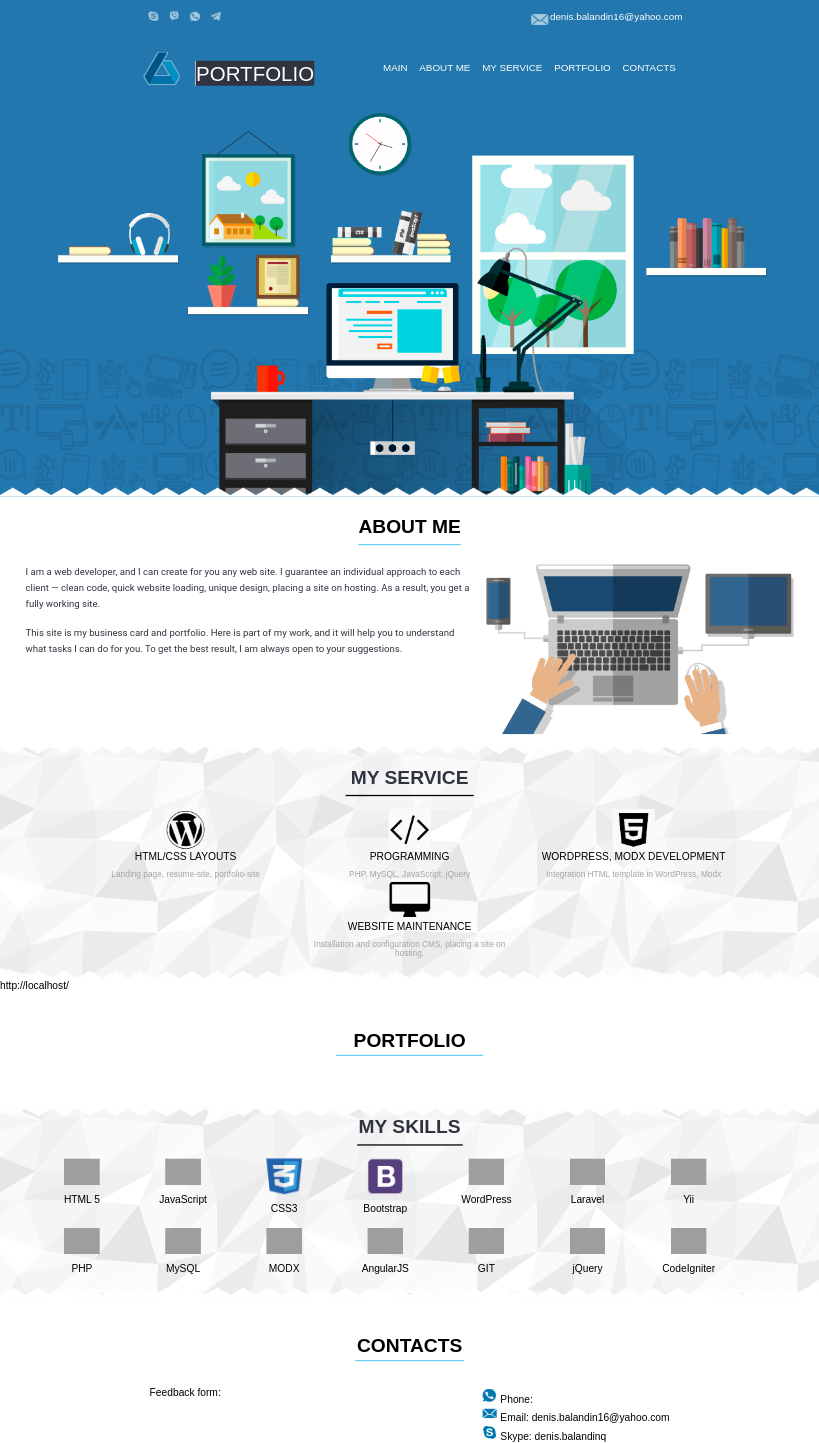
Repository: DenisBalandin/Portfolio
Page: /
These files come from the project's save history. The page is drawn as it stood at one moment and after the next save; the edit follows.
The browser window is 1280 px wide. The pictures show the whole page, at 64% of full size.
Pictures or frames that could not be fetched are drawn as grey boxes. The page's requests for data from a server got no answer. The project was rebuilt for these pictures with package versions that can differ from the ones it lists, and the page was loaded fresh each time. No one was signed in, and anything a server would have sent is missing. Also part of the build but not shown: src/ItemPage.js.

Above is the page before, as saved 2020-03-06 19:41:53.

### src/App.js
import React from 'react';
import './style.scss';
import ItemPage from './ItemPage';
import Home from './Home';
import Header from './Header';


import {BrowserRouter as Router,Route, Link} from 'react-router-dom';

function App(){
  return (
    <Router>
      <Header/>
      <Route exact path="/pageitem" component={ItemPage} />

      <Route exact path="/pageitem/:itemid" component={ItemPage} />
      <Route exact path="/" component={Home} />
    </Router>
  );
}

export default App;

### src/style.scss
*{padding: 0; margin: 0;}
body{font-family: Arial; min-width: 500px; }
a{text-decoration: none; color: #FFFFFF; text-decoration: none;}
li{list-style: none;}



/* Heder */
#first_page_bg{
    width:100%;
    height: 70%;
    background: #2277ae;
    header{
        width: 65%;
        margin: 0 auto 0 auto;
        .up_menu_links{
            display: flex;
            justify-content: space-between;
           padding: 2% 0 0 0;
            .social_link{
                width: 30%;
                a{

                    img{
                        width: 7%;
                    }
                    margin: 0 3% 0 3%;
                }
            }
            .email_heder{
                // width: 20%;
                a{
                    display: flex;
                    .email_icon{
                        // width: 15%;
                        img{
                            // width: 100%;
                            // position: absolute;
                            margin: 0 0 0 -2%;
                            height: 100%;
                        }
                    }

                    div{
                        // position: absolute;
                        margin: 0.3% 0 0 2.2%;
                        font-size: 1.2vw;
                    }
                }

            }
        }

        menu{
            margin:5% 0 5% 0;
            display: flex;
            justify-content: space-between;
            width: 100%;
            .logo{
                width: 35%;
                display: flex;
                img{
                    width: 100%;
                   margin: -10% 0 10% 0;
                }
                .company_name{
                    margin: auto;
                    // margin: 0.3% 0 0 5%;
                    // height: 90%;
                    // padding: 0 0 0 5%;
background: #303440;
                    border-left: #FFFFFF 1px solid;
                    font-size: 2.5vw;
                    // height: 100%;
                    display: table;
                    a{
                        vertical-align: middle!important;
                    }

                }
            }
            .menu_heder{
                padding: 1.2% 0 0 0;
                width: 55%;
                display: flex;
                justify-content: space-between;
                font-size: 1.2vw;
            }


        }
    }

}





// .menu div{ margin: -1px 5px 0 5px; color:#ffffff; font-size: 17px;  display: flex;
//     flex-direction:row;
//     flex-wrap: wrap;
//     justify-content: center;}
// .menu div a{color:#ffffff; font-size: 20px;}
/*Top menu end*/
/*Heder end*/

/*Page*/
#first_page_bg_single{ width: 100%; height: 195px; background: #2277ae; padding:0px 0 0 0; overflow: hidden;}
.bg_page_insaide_page{width: 100%; background: url("img/pattop1.png") repeat-x; height: 230px; position: relative; z-index:5;}
.deltatop_page_page{width: 100%; background: url("img/deltatop.png") repeat-x; height: 14px; position: relative; z-index: 20; margin: -13px 0 0 0;}
#content_page{
    max-width: 1200px;
    margin: 30px auto 0px auto;
    display: flex;
    flex-wrap: wrap;
    flex-direction: row;
    justify-content: space-around;
}
.content_pageh1{
    font-size: 30px;
    text-transform: uppercase;
    text-align: center;
    font-weight: bold;
    position: relative;
    margin-bottom: 30px;
    color:#303440;
    text-decoration: underline;
    padding: 40px 0 10px 0;
}
#content_page img{
    width: 100%;
    height: auto;
}
/*Page end*/
.order_site{float: right; margin: 15px 0 0 20px; width: 178px; height: 30px; border: 1px solid #6ca6cd; text-align: center; color: #ffffff; padding: 10px 0 0 0; font-size: 14px; box-shadow: 9px 8px 4px -7px #2277ae; }
.order_site:hover{background: #0298cc; cursor: pointer;}
.company_name{
    color: #ffffff;
    font-size: 45px;
    margin: -10px 0 0 15px;
}
.company_name a{color: #FFFFFF;}
.company_name a:hover{color: #FFFFFF; text-decoration: none;}
.logo_border{
    width: 1px; height: 50px; background: #FFFFFF; margin: 0 10px 0 25px;
}
.content_description{
    max-width: 750px;
    height: 60px;
    float: left;
    font-size: 14px;
    color: #303440;
    margin: 0 0px 0 0;
}
.tools{ font-size: 15px; color: #303440; padding: 0 0 0 0px; }
.content_link{font-size: 15px; color: #303440; margin:0px 0 20px 0;}
.content_link a{color: #303440; text-decoration: underline;}
.content_link a:hover{text-decoration: none;}
.content_text{
    width: 80%;
    background: #fff;
    border: 1px solid #59759b;
    overflow: hidden;
    margin: 0 auto 0 auto;
}
.content_text img{
    width: 100%!important;
    height: 50%!important;
}
.web_line{ background:url("img/web_line.jpg")no-repeat;  display: inline-block; height: 69px; max-width: 1150px; margin: 0 0 -5px 0; border-right: 1px solid #59759b; border-left: 1px solid #59759b; border-top: 1px solid #59759b;}
.content_url{float: left; margin: 40px 0 0 160px;}
.content_url a{color: #585353;}
/*Links end*/
.flex-container {
    display: flex;
    flex-direction:  row-reverse;
}
/*Top Menu*/
.heder_menu{
    display: flex;
}
.top_menu{
    margin: 20px 0;
    display: flex;
    flex-direction:row;
}
/*Page bg*/
.page_bg{
    margin: -10px auto 0 auto;
}
.bg_page_insaide{width: 100%; background: url("img/pattop.png") repeat-x;  position: relative; z-index:5; background-position: bottom;
    display: flex;
    flex-direction: column;
}
.bg_page_insaide_single{width: 100%; margin: 15px 0 0 0; background: url("img/pattop.png") repeat-x; height: 130px; position: relative; z-index:5;}
.deltatop_page{width: 100%; background: url("img/deltatop.png") repeat-x; height: 14px; position: relative; z-index: 20; margin: -14px 0 0 0;}
/*Page bg end*/

/*About me*/
#about_me{
    max-width: 1200px;
    margin:  30px auto 70px auto;
}
#about_me h1{
    font-size: 30px;
    text-transform: uppercase;
    margin: 0 auto 30px auto;
    font-weight: bold;
    position: relative;
    border-bottom: 2px solid #6dcff6;
    width: 160px;
    padding: 0 0 10px 0;
}
#about_me p{    box-sizing: border-box;
    font: 15px "Roboto";
    line-height: 25px;
    color: #303440; margin: 20px 0 13px 0;}
#about_me img{
    padding: 0 0 0 20px;
    margin: 0 0 20px 0;
}
/*About me end*/

/*My Service*/
#my_service_bg{
    height: 100%;
    background: url("img/bgdelta.png") repeat-x;
}
.my_service_line_top{
    width: 100%;
    height: 14px;
    background: url("img/deltabottom.png") repeat-x;
}
.my_service_line_bottom{
    width: 100%;
    height: 14px;
    background: url("img/deltatop.png") repeat-x;
}
#my_service{
    max-width: 1500px;
    margin: 0px auto 20px auto;
    display: flex;
    flex-direction:row;
    flex-wrap: wrap;
    justify-content: center;

}
#my_service_bg h3{
    font-size: 30px;
    text-transform: uppercase;
    font-weight: bold;
    color: #303440;
    width: 200px;
    text-align: center;
    margin: 20px auto 20px auto;
    border-bottom: 2px #000000 solid;
    padding: 0 0 10px 0;
}
#my_service div{
    display: flex;
    flex-direction:column;
    flex-wrap: wrap;
    justify-content: center;
}
#my_service div img{
    margin:  0 auto 0 auto;
}
.text_1{
    text-align: center;
    padding: 0 25px 0 25px;
    font-size: 1em;
}
.text_2{
    text-align: center;
    padding: 0 25px 0 25px;
    color:#a4a4a4;
    font-size: 5em;
    width: 300px;
}
/*My service end*/

/*Portfolio*/
#portfolio{
    max-width: 1200px;
    margin: 0 auto 40px auto;
    display: flex;
    flex-direction:row;
    flex-wrap: wrap;
    justify-content: center;
}
.portfolioh3{
    font-size: 30px;
    text-transform: uppercase;
    text-align: center;
    font-weight: bold;
    position: relative;
    border-bottom: 2px solid #6dcff6;
    width: 230px;
    margin: 60px auto 40px auto;
    padding: 0 0 5px 0;
}
#portfolio .portfolioblock{
    border: 1px solid #bfd2e1;
    width: 368px;
    margin: 10px;
    box-shadow: 5px 5px 4px -5px #000000;
}
#portfolio div img{
    margin: -12px 0 0px 0;
    display: inline-block;
}
.p_name{
    background:#2d7eb2;
    text-align: center;
    height: 40px;
    opacity: 0.8;
    padding: 2px 20px;
    margin: 0 auto 0 auto;
}
.p_name a{
    font-size: 20px;
    color: #ffffff;
}
.p_name:hover{
    text-decoration: none;
}
/*Portfolio end*/

/*Content blog*/
#content_blog{ max-width: 1200px;  margin: 0 auto 40px auto; min-height: 300px;}
/*Content blog end*/



/*I used*/
#my_skils_bg{
    width: 100%;
    height: 100%;
    background: url("img/bgdelta.png") repeat-x;
    margin: 0 0 40px 0;
}
.my_skils_line_top{
    width: 100%;
    height: 14px;
    background: url("img/deltabottom.png") repeat-x;
}
.my_skils_line_bottom{
    width: 100%;
    height: 14px;
    background: url("img/deltatop.png") repeat-x;
}
#my_skils{
    max-width: 1200px;
    margin: 10px auto 0px auto;
    display: flex;
    flex-direction:row;
    flex-wrap: wrap;
}
#my_skils div img{}
.my_skillsh3{
    font-size: 30px;
    text-transform: uppercase;
    font-weight: bold;
    color: #303440;
    width: 165px;
    text-align: center;
    margin: 0 auto 20px auto;
    border-bottom: 2px #000000 solid;
    padding: 0 0 10px 0;
}
#my_skils div{ width: 140px; text-align: center; margin: 0 0 20px 18px;}
#my_skils div img{margin: 0 0 10px 0; width:40%;}
.about_me_img{}
.text_1{ text-align: center;}
.text_2{ text-align: center; margin: 10px 0 0 0; color:#a4a4a4; font-size: 13px;}
/*I used end*/

/*Portfolio*/
.contactsh3{
    font-size: 30px;
    text-transform: uppercase;
    text-align: center;
    font-weight: bold;
    position: relative;
    border-bottom: 2px solid #6dcff6;
    width: 170px;
    margin: 60px auto 40px auto;
    padding: 0 0 5px 0;
}
#contacts{
    max-width: 1200px;
    margin: 0 auto 0px auto;
    display: flex;
    flex-direction:row;
    flex-wrap: wrap;
    justify-content: space-around;
}
.formcont{ margin: 0 20px 0 0;}
.formcont input{border: 1px solid #dddddd; margin: 10px 0 10px 0; width: 250px; height: 30px; color: #666666; padding: 0 0 0 10px;}
.formcont textarea{border: 1px solid #dddddd; margin: 10px 0 10px 0; width: 410px; height: 70px; color: #666666; padding: 15px 0 0 10px;}
.formcont button{ background:#0298cc; height: 40px; width: 180px; color: #ffffff; font-size: 18px; border: 1px solid #6ca6cd; cursor: pointer;}
.formcont button:hover{ background:#2277ae;}
/*Portfolio end*/

/*Footer*/
#footer_bg{background: #2277ae; width: 100%; height: 100px; margin: 50px 0 0 0; }
#footer{max-width: 1200px;  margin: 10px auto 0px auto; height: 50px;}
.copyright{ color: #ffffff; margin: 25px 0 0 10px;}
.footermenu{ margin: 25px 0 0 0;}
.footermenu li{float: left; font-size: 14px; margin: 0 10px 0 10px; color: #ffffff; border-bottom: 1px solid #ffffff;}
.footermenu li:hover{border-bottom: 1px solid #2277ae;}
/*footer end*/


@media all and (max-width: 900px) {
    #my_service div img {
        width: 0%;
    }

    #about_me p img {
        width: 0%;
    }

    #my_skils div img {
        width: 0% !important;
    }

    #my_skils{
        justify-content: space-around!important;
    }
    #my_skils div{
        margin: 0 !important;
    }
    .top_menu{
        display: none!important;
    }
    .menu{
        margin: 10px 0 40px 0!important;
        justify-content: space-around !important;
    }
    #about_me p{
        padding: 0 30px 0 30px!important;
    }
}

### src/Home.js
import React,{Component} from 'react';
import AboutMe from './AboutMe';
import MyService from './MyService';
import MySkills from './MySkills';
import Contacts from './Contacts';
import Portfolio from './Portfolio';
import {BrowserRouter as Router,Route, Link} from 'react-router-dom';


class Home extends Component{
    render(){
        return(
            <div>
                <Router>
                    <AboutMe/>
                    <MyService/>
                    <Portfolio/>
                    <MySkills/>
                    <Contacts/>
                </Router>
            </div>
        );
    }
}
export default Home;

### src/Header.js
import React from 'react';
import skype from './img/skype_icon.jpg';
import viber from './img/viber_icon.jpg';
import whatsap from './img/whatsap.jpg';
import telegram from './img/telegram.jpg';
import email from './img/email.jpg';
import logo from './img/logo.png';
import background from './img/background.png';


function Header(){
    return(
        <div id="first_page_bg" >
        {/* <!--Links--> */}
            <header>
            <div className="up_menu_links">
                <div className="social_link">
                    <a href="#"><img src={skype}/></a>
                    <a href="#"><img src={viber}/></a>
                    <a href="#"><img src={whatsap}/></a>
                    <a href="#"><img src={telegram}/></a>
                </div>
                <div className="email_heder">
                    <a href="#">
                        <div className="email_icon"><img src={email}/></div>
                        <div>denis.balandin16@yahoo.com</div>
                    </a>
                </div>
            </div>
            {/* <!--Links end--> */}
            {/* <!--Menu--> */}
            <menu>
                <div className="logo">
                    <div>
                        <a href="/">
                        <img src={logo} />
                        </a>
                    </div>
                    <div className="company_name">
                        <a href="/">PORTFOLIO</a>
                    </div>
                </div>




                <div className="menu_heder">
                    <div>
                        <a href="/">MAIN</a>
                    </div>
                    <div>
                        <a href="#about_me">ABOUT ME</a>
                    </div>
                    <div>
                        <a href="#my_service">MY SERVICE</a>
                    </div>
                    <div>
                        <a href="#portfolio">PORTFOLIO</a>
                    </div>
                    <div>
                        <a href="#contacts">CONTACTS</a>
                    </div>
                </div>
            </menu>
            {/* <!--Menu end--> */}
        </header>
        <div className="bg_page_insaide">
            <div className="page_bg">
                <img src={background} width="100%" />
            </div>
        </div>
        <div className="deltatop_page"></div>
    </div>
    );
}
export default Header;

### src/AboutMe.js
import React from 'react';
import aboutme from './img/aboutme.png';

function AboutMe(){
    return(
        <div id="about_me">
            <h1>ABOUT ME</h1>
            <p>
                <img className="about_me_img" align="right" src={aboutme} width="40%"/>
                I am a web developer, and I can create for you any web site. I guarantee an individual approach to each client — clean code, quick website loading, unique design, placing a site on hosting. As a result, you get a fully working site.
            </p>
            <p>
                This site is my business card and portfolio. Here is part of my work, and it will help you to understand what tasks I can do for you. To get the best result, I am always open to your suggestions.
            </p>
            <br/><br/><br/>
        </div>
    );
}
export default AboutMe;

### src/MyService.js
import React from 'react';
import wordpress from './img/wordpress_icon.jpg';
import teg from './img/teg.jpg';
import html5 from './img/hml5_icon.jpg';
import monitor from './img/monitor.jpg';

function MyService(){
    return(
        <div id="my_service_bg">
        <div className="my_service_line_top"></div>
          <h3>MY SERVICE</h3>
        <div id="my_service">
            <div>
              <img src={wordpress} />
              <div className="text_1">HTML/CSS LAYOUTS</div>
              <div className="text_2">Landing page, resume-site, portfolio-site</div>
            </div>
            <div>
              <img  src={teg} />
              <div className="text_1">PROGRAMMING</div>
              <div className="text_2">PHP, MySQL, JavaScript, jQuery</div>
            </div>
            <div>
              <img src={html5}/>
              <div className="text_1">WORDPRESS, MODX DEVELOPMENT</div>
              <div className="text_2">Integration HTML template in WordPress, Modx</div>
            </div>
            <div>
              <img src={monitor}/>
              <div className="text_1">WEBSITE MAINTENANCE</div>
              <div className="text_2">Installation and configuration CMS, placing a site on hosting.</div>
            </div>
        </div>
        <div className="my_service_line_bottom"></div>
      </div>
    );
}
export default MyService;

### src/MySkills.js
import React from 'react';
import css3 from './img/css3.png';
import bootstrap from './img/bootstrap.png';

function MySkills(){
    return(
        <div id="my_skils_bg">
            <div className="my_skils_line_top"></div>
            <h3 className="my_skillsh3">My Skills</h3>
            <div id="my_skils">
                <div>
                    <img src="<?php bloginfo('template_directory'); ?>/img/html5.png" />
                    <p>HTML 5</p>
                </div>
                <div>
                    <img src="<?php bloginfo('template_directory'); ?>/img/js.png"/>
                    <p>JavaScript</p>
                </div>
                <div><img src={css3}/> <p>CSS3</p></div>
                <div><img src={bootstrap}/><p>Bootstrap</p></div>
                <div><img src="<?php bloginfo('template_directory'); ?>/img/wordpress.png"/><p>WordPress</p></div>
                <div><img src="<?php bloginfo('template_directory'); ?>/img/laravel.png"/><p>Laravel</p></div>
                <div><img src="<?php bloginfo('template_directory'); ?>/img/yii.png"/><p>Yii</p></div>
                <div><img src="<?php bloginfo('template_directory'); ?>/img/php.png"/><p>PHP</p></div>
                <div><img src="<?php bloginfo('template_directory'); ?>/img/mysql.png"/><p>MySQL</p></div>
                <div><img src="<?php bloginfo('template_directory'); ?>/img/modx.png"/><p>MODX</p></div>
                <div><img src="<?php bloginfo('template_directory'); ?>/img/angular.png"/><p>AngularJS</p></div>
                <div><img src="<?php bloginfo('template_directory'); ?>/img/git.png"/><p>GIT</p></div>
                <div><img src="<?php bloginfo('template_directory'); ?>/img/jquery.png"/><p>jQuery</p></div>
                <div><img src="<?php bloginfo('template_directory'); ?>/img/codeigniter.png"/><p>CodeIgniter</p></div>
            </div>
            <div className="my_service_line_bottom"></div>
        </div>
    );
}
export default MySkills;

### src/Contacts.js
import React from 'react';
import skype_cont from './img/skype_cont.jpg';
import mail_cont from './img/mail_cont.jpg';
import phone_cont from './img/phone_cont.png';

function Contacts(){
    return(
        <>
            <h3 className="contactsh3">CONTACTS</h3>
            <div id="contacts">
                <div className="formcont">
                    <p>Feedback form:</p>

                </div>
                <div className="contacts">
                    <div>
                    <img src={phone_cont}/> <span>Phone:</span>
                    </div>
                    <div>
                    <img src={mail_cont}/> <span>Email: denis.balandin16@yahoo.com  </span>
                    </div>
                    <div>
                    <img src={skype_cont}/> <span>Skype: denis.balandinq </span>
                    </div>
                </div>
            </div>
        </>
    );
}
export default Contacts;

### src/Portfolio.js
import React,{Component} from 'react';
import portfolioicon from './img/portfolioicon.jpg';
import { db } from "./firebase";
import ReactHtmlParser, { processNodes, convertNodeToElement, htmlparser2 } from 'react-html-parser';
import {BrowserRouter as Router,Route, Link} from 'react-router-dom';

class Portfolio extends Component{
    constructor(props){
        super(props);
        this.state = {
            pages:[]
        }
    }
    componentDidMount(){
        this.getFetch();
    }
    getFetch = () => {
        // db.collection("messages")
        // .get()
        // .then(querySnapshot => {
        //     let fullArray = [];
        //     const data = querySnapshot.docs.map(doc => doc.data());
        //     for(var int = 0; int < data.length; int++){
        //         fullArray[int] = {
        //             name: data[int].name,
        //             date:data[int].date,
        //             check:data[int].check,
        //             id: querySnapshot.docs[int].id,
        //         }
        //     }
        //     this.setState({ users: fullArray });
        // });
        fetch('http://testwoo/wp-json/wp/v2/posts')
        .then(response => response.json())
        .then(
            result => this.setState({
                pages:result
            })
        );
    }

    render(){
       return(
           <>
           {window.location.href}
            {/* <Route exact path="/"  component={Home}/> */}
            <h3 className="portfolioh3">PORTFOLIO</h3>
            <div id="portfolio">
                {this.state.pages.map((page, index)=>
                    <div className="portfolioblock">
                        {/* <Link to={`/pageitem/${page.id}`}>
                            <img src={portfolioicon}  width="368"/>
                            { ReactHtmlParser(page.excerpt.rendered)}
                        </Link>
                        <div className="p_name">
                            <a href="/pexuniverse/">{page.title.rendered}</a>
                        </div> */}
                    </div>
                )}


            </div>
        </>
       );
   }
}
export default Portfolio;

### src/firebase.js
import firebase from 'firebase';

const firebaseApp = firebase.initializeApp({
    apiKey: "AIzaSyBH21wpMVzXC2kYGnD8x1tI6ru-zdWNAqs",
    authDomain: "test-4ba23.firebaseapp.com",
    databaseURL: "https://test-4ba23.firebaseio.com",
    projectId: "test-4ba23",
    storageBucket: "test-4ba23.appspot.com",
    messagingSenderId: "597606478464",
    appId: "1:597606478464:web:6e48455407186638df2c65",
    measurementId: "G-NDR2C185V9"
});

const db = firebaseApp.firestore();

export {db};

Loaded but not shown: public/index.html (common file); src/index.js (common file); src/index.css (common file); src/serviceWorker.js (common file)

After the next save:
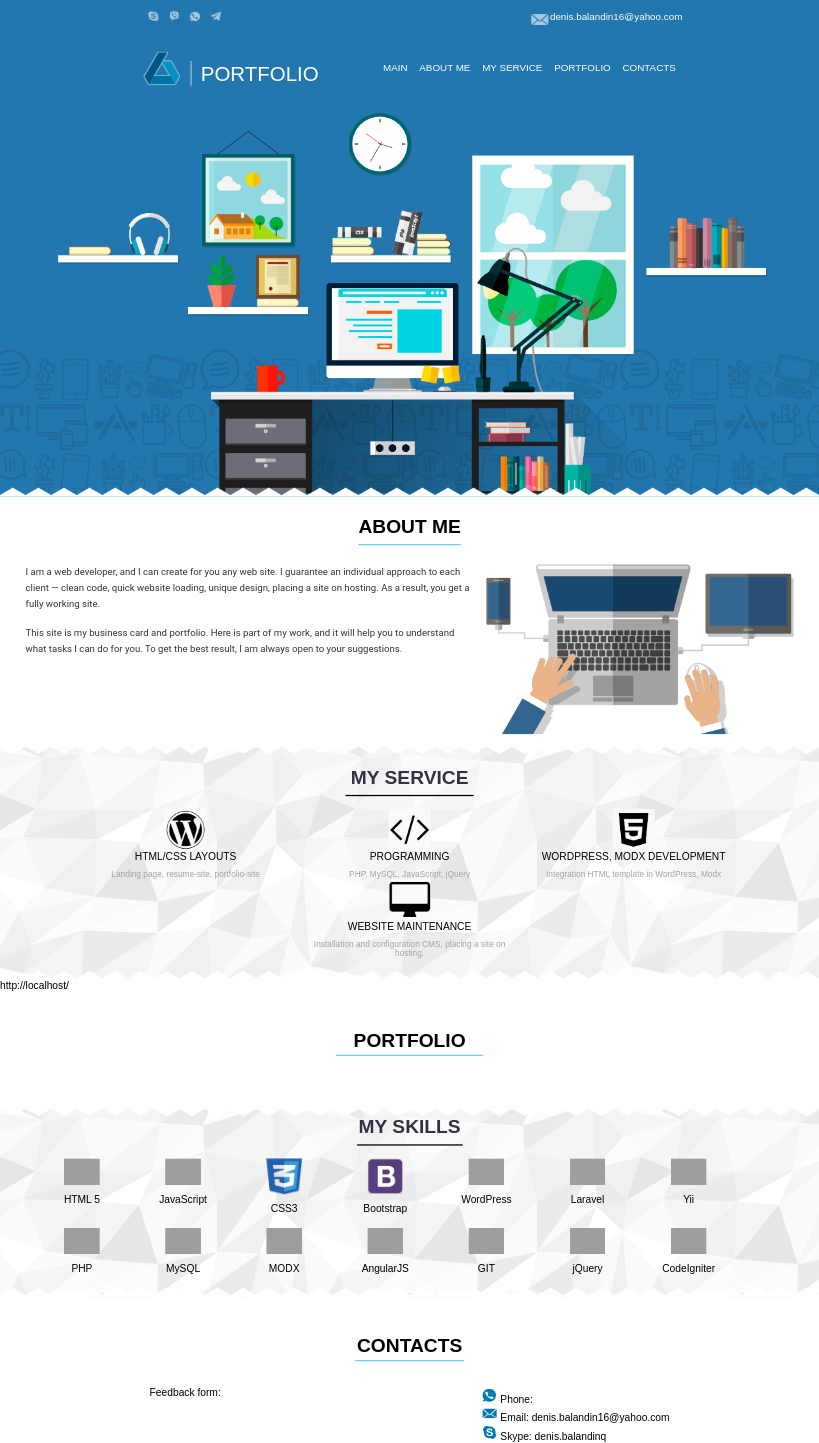
Saved 30 s later.
--- a/src/style.scss
+++ b/src/style.scss
@@ -67,8 +67,7 @@
                     margin: auto;
                     // margin: 0.3% 0 0 5%;
                     // height: 90%;
-                    // padding: 0 0 0 5%;
-background: #303440;
+                    padding: 0 0 0 5%;
                     border-left: #FFFFFF 1px solid;
                     font-size: 2.5vw;
                     // height: 100%;
